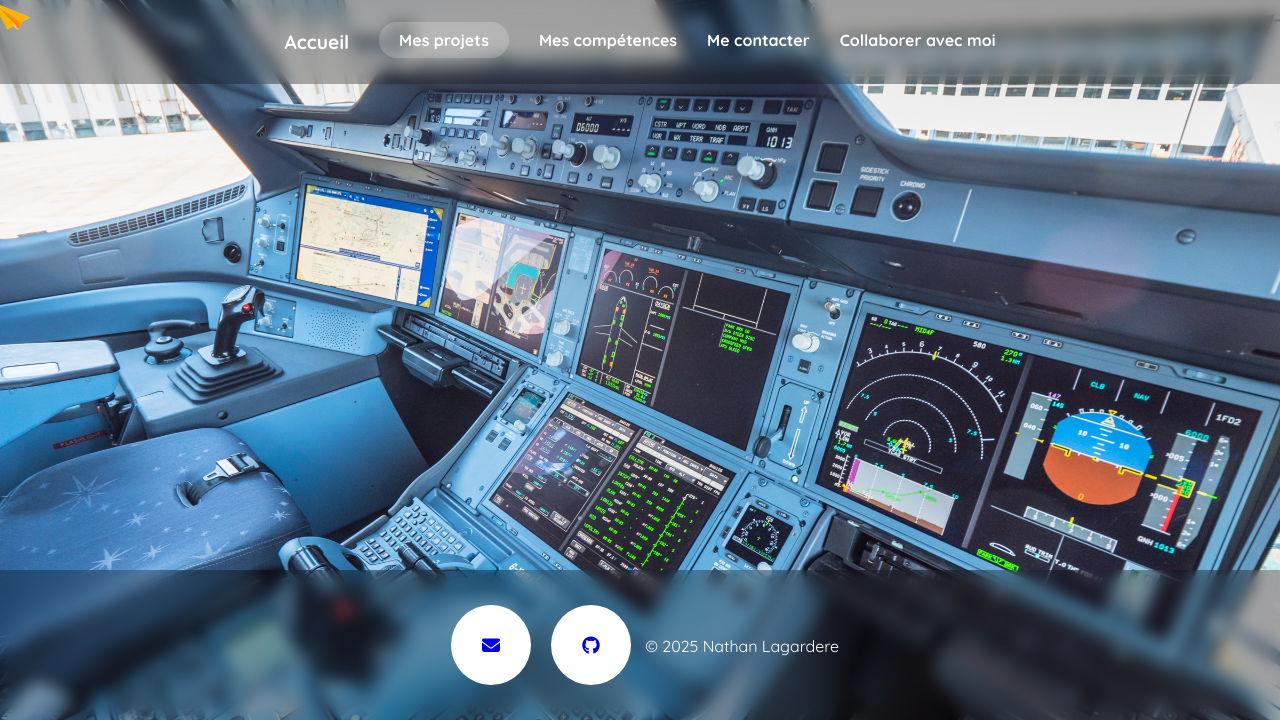
Repository: nlagardere/myportfolio
Page: projects.html
These files come from the project's save history. The page is drawn as it stood at one moment and after a run of saves; the edit follows.
The browser window is 1280 px wide. The pictures show the whole page.

Above is the page before, as saved 2025-09-06 10:57:16.

After the next 2 saves:
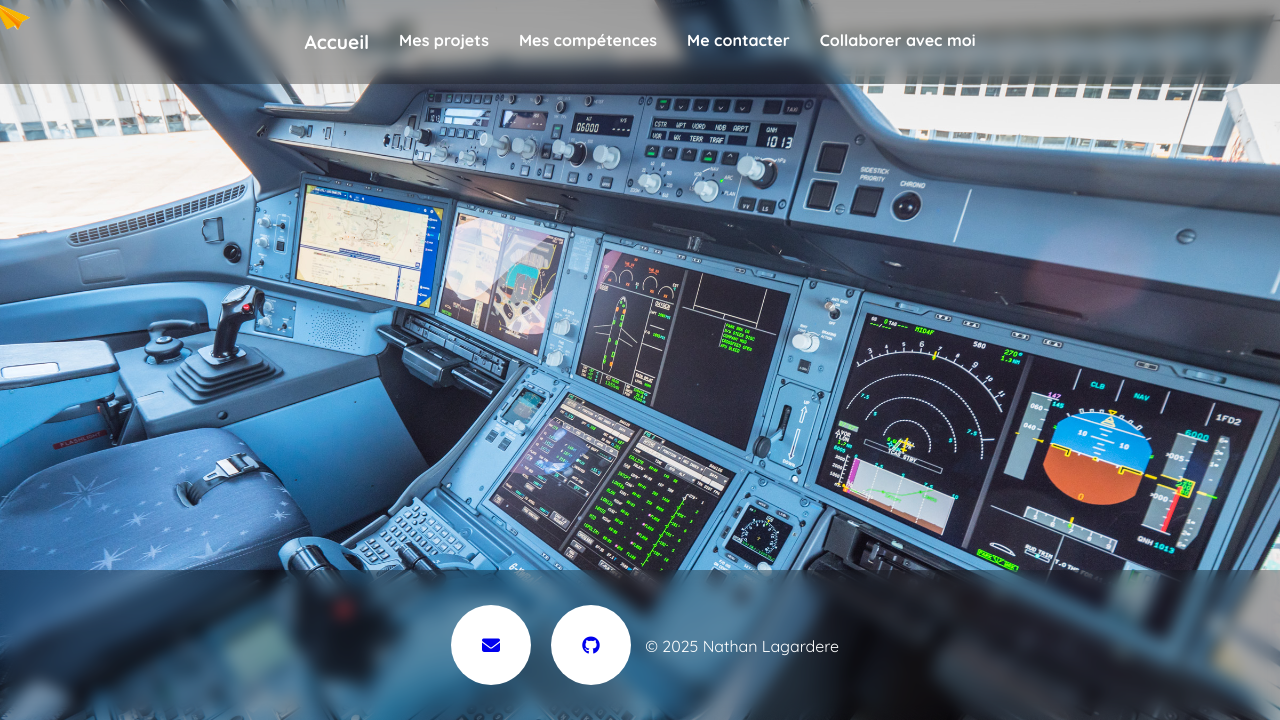
The 2 saves are shown as one change because they came seconds apart.
The last was saved 6 s later.
--- a/projects.html
+++ b/projects.html
@@ -221,7 +221,7 @@
         <li class="accueil">
           <a href="index - Copie.html">Accueil</a>
         </li>
-        <li><a href="projects.html" class="accueil-wrapper">Mes projets</a></li>
+        <li><a href="projects.html" class="projets-wrapper">Mes projets</a></li>
         <li><a href="competences.html">Mes compétences</a></li>
         <li><a href="contact.html">Me contacter</a></li>
         <li><a href="collaborate.html">Collaborer avec moi</a></li>

After the 3 saves that followed:
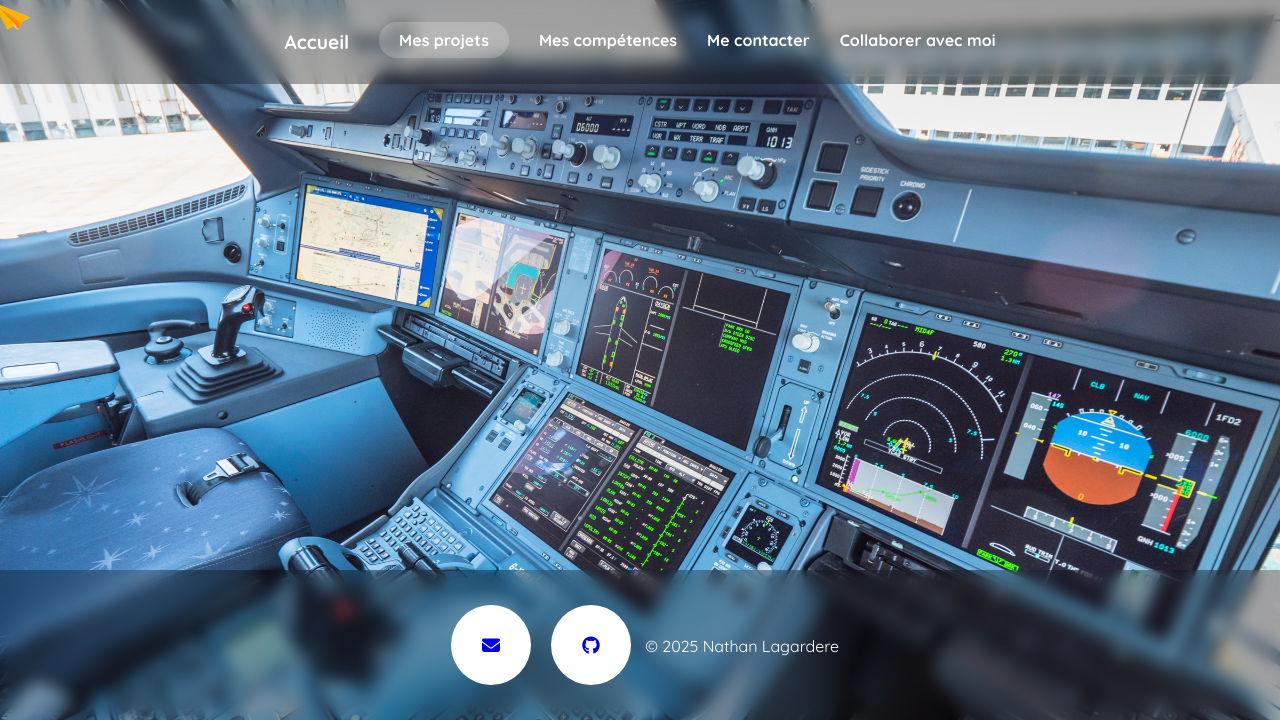
The 3 saves are shown as one change because they came seconds apart.
The last was saved 17 s later.
--- a/projects.html
+++ b/projects.html
@@ -171,7 +171,7 @@
       color: #FFD93D;
     }
 
-    .accueil-wrapper {
+    .projets-wrapper {
       background: rgba(255, 255, 255, 0.2);
       backdrop-filter: blur(10px);
       padding: 8px 20px;
